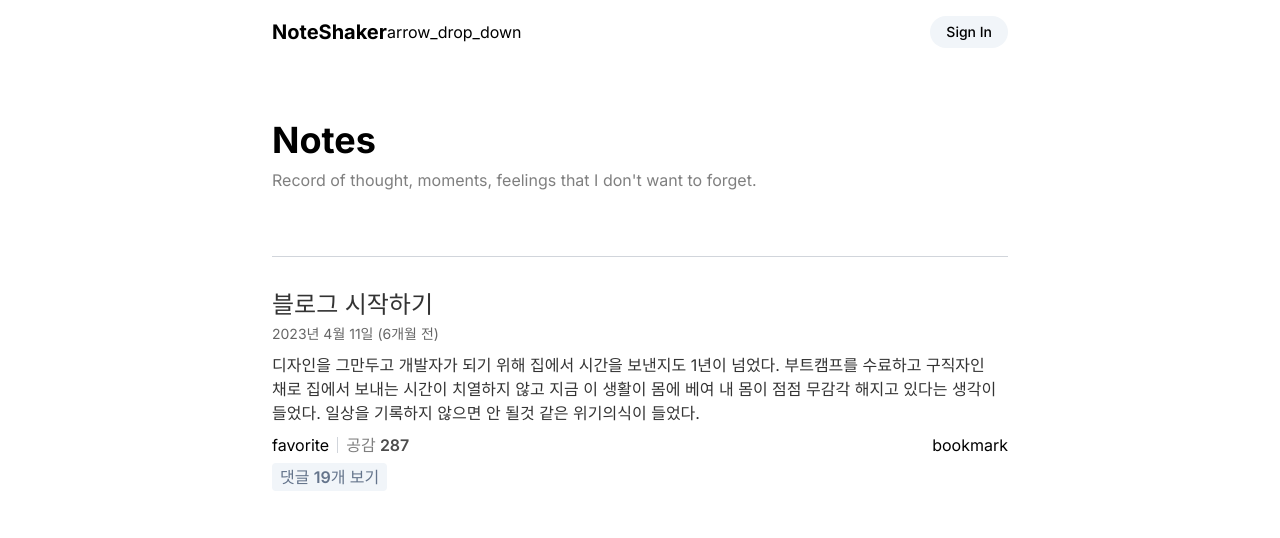
Repository: kwngmin/gongam
Page: /
An editor plug-in stored every save of this project. The page is shown before and after the next save, followed by the edit.
The browser window is 1280 px wide. The pictures show the whole page.
The page's requests for data from a server got no answer. The project was rebuilt for these pictures with package versions that can differ from the ones it lists, and the page was loaded fresh each time. The framework's server and built-in components were replaced by stand-ins that run in the browser. No one was signed in, and anything a server would have sent is missing. Also part of the build but not shown: next.config.js, src/components/ui/icons/SearchIcon.tsx, src/components/Avatar.tsx, src/components/ui/DockButton.tsx, src/components/ui/Dockbar.tsx.

Above is the page before, as saved 2023-11-05 00:51:46.

### src/app/layout.tsx
import type { Metadata } from 'next';
import { Inter } from 'next/font/google';
import './globals.css';
import Navbar from '@/components/ui/Navbar';
import 'material-symbols';
import AuthContext from '../context/AuthContext';
import { Analytics } from '@vercel/analytics/react';
import Head from 'next/head';
import Dockbar from '@/components/ui/Dockbar';
import SWRConfigContext from '@/context/SWRConfigContext';

const inter = Inter({ subsets: ['latin'] });

export const metadata: Metadata = {
  title: 'NoteShaker',
  description: 'Record of thought, moments, feelings',
};

export default function RootLayout({
  children,
}: {
  children: React.ReactNode;
}) {
  return (
    <html lang='en' className={inter.className}>
      <Head>
        <meta
          name='viewport'
          content='initial-scale=1.0,user-scalable=no,maximum-scale=1,width=device-width'
        />
      </Head>
      <body className='h-screen flex relative flex-col'>
        <AuthContext>
          <header className='sticky top-0 w-full max-w-screen-md mx-auto px-4'>
            <Navbar />
          </header>
          <main className='grow w-full overflow-auto'>
            <SWRConfigContext>{children}</SWRConfigContext>
          </main>
          <footer className=''>
            <Dockbar />
          </footer>
          <Analytics />
        </AuthContext>
      </body>
    </html>
  );
}

### src/app/page.tsx
import NotePost from '@/components/NotePost';
import Title from '@/components/ui/Title';

export default function Home() {
  const titleData = {
    title: `Notes`,
    description: `Record of thought, moments, feelings that I don't want to forget.`,
  };
  return (
    <section className='max-w-screen-md mx-auto px-4 h-fit'>
      <Title titleData={titleData} />
      <NotePost />
    </section>
  );
}

### src/app/globals.css
@tailwind base;
@tailwind components;
@tailwind utilities;

:root {
  --foreground-rgb: 0, 0, 0;
  --background-start-rgb: 214, 219, 220;
  --background-end-rgb: 255, 255, 255;
  --app-height: 100%;
}

@media (prefers-color-scheme: dark) {
  :root {
    --foreground-rgb: 255, 255, 255;
    --background-start-rgb: 0, 0, 0;
    --background-end-rgb: 0, 0, 0;
  }
}

@supports (-webkit-touch-callout: none) {
  .h-screen {
    height: -webkit-fill-available;
  }
}

/* font-variation-settings: 'FILL' 1, 'wght' 400, 'GRAD' 0, 'opsz' 40; */
.material-symbols-rounded {
  font-variation-settings: 'wght' 400;
  /* font-variation-settings: 'FILL' 1, 'wght' 600, 'GRAD' 0, 'opsz' 48; */
  &.filled {
    font-variation-settings: 'FILL' 1;
  }
  &.medium {
    font-size: 28px;
  }
  &.large {
    font-size: 32px;
  }
  &.xlarge {
    font-size: 36px;
  }
}

// 탭 하이라이트 제거
@layer base {
  html {
    -webkit-tap-highlight-color: transparent;
    /* 익스플로러 IE 10 확대 제어 */
    -ms-content-zooming: none;
    -ms-touch-action: pan-x pan-y;
  }
}

// safe-area 하단 대응
@layer utilities {
  .pb-safe {
    padding-bottom: env(safe-area-inset-bottom);
  }
}
/* footer {
  padding-bottom: constant(safe-area-inset-bottom);
  padding-left: constant(safe-area-inset-left);
  padding-right: constant(safe-area-inset-right);

  padding-bottom: env(safe-area-inset-bottom);
  padding-left: env(safe-area-inset-left);
  padding-right: env(safe-area-inset-right);
} */

// safe-area 상단 대응

body {
  padding: 0;
  margin: 0;
  width: 100%;
  overflow: hidden;
  touch-action: none;
}

.dockbar {
  padding-bottom: env(safe-area-inset-bottom);
}

### src/components/ui/Navbar.tsx
'use client';
import Link from 'next/link';
import SearchIcon from './icons/SearchIcon';
import ArrowDropDownIcon from './icons/ArrowDropDownIcon';
import { getServerSession } from 'next-auth';
import { authOptions } from '@/pages/api/auth/[...nextauth]';
import { usePathname } from 'next/navigation';
import { useSession } from 'next-auth/react';
import { useEffect, useState } from 'react';

export default function Navbar() {
  const pathName = usePathname();
  const { data: session } = useSession();
  const [isLoading, setIsLoading] = useState(true);

  // const session = await getServerSession(authOptions);
  // console.log(session);
  if (pathName === '/auth/signin') {
    return true;
  }
  console.log(session);
  return (
    <div className='h-16 flex items-center justify-between'>
      <Link href='/'>
        <div className='flex items-center'>
          <h1 className='text-lg md:text-xl font-bold'>NoteShaker</h1>
          <ArrowDropDownIcon />
        </div>
      </Link>
      {session ? (
        <Link href='/search'>
          <div className='flex items-center w-9 h-9 hover:bg-gray-100 justify-center rounded-2xl'>
            <SearchIcon />
          </div>
        </Link>
      ) : (
        <Link href='/auth/signin'>
          <div className='bg-slate-100 hover:bg-slate-200 rounded-full px-4 h-8 flex items-center font-medium text-sm select-none'>
            Sign In
          </div>
        </Link>
      )}
    </div>
  );
}

### src/context/AuthContext.tsx
'use client';
import { SessionProvider } from 'next-auth/react';
import { ReactNode } from 'react';
type Props = {
  children: ReactNode;
};
export default function AuthContext({ children }: Props) {
  return <SessionProvider>{children}</SessionProvider>;
}

### src/context/SWRConfigContext.tsx
'use client';

import { ReactNode } from 'react';
import { SWRConfig } from 'swr';

type Props = {
  children: ReactNode;
};
export default function SWRConfigContext({ children }: Props) {
  return (
    <SWRConfig
      value={{
        fetcher: (url: string) => fetch(url).then(res => res.json()),
      }}
    >
      {children}
    </SWRConfig>
  );
}

### src/components/NotePost.tsx
'use client';
import RoundIcon from './ui/icons/RoundIcon';
import { BsFillChatFill } from 'react-icons/bs';

export default function NotePost() {
  return (
    <div className='py-8 border-t border-gray-300'>
      <h2 className='text-xl lg:text-2xl font-bold lg:font-medium text-black/80'>
        블로그 시작하기
      </h2>
      <time className='text-black/60 text-sm'>2023년 4월 11일 (6개월 전)</time>
      <div className='text-black/80 mt-2 break-keep'>
        <p>
          디자인을 그만두고 개발자가 되기 위해 집에서 시간을 보낸지도 1년이
          넘었다. 부트캠프를 수료하고 구직자인 채로 집에서 보내는 시간이
          치열하지 않고 지금 이 생활이 몸에 베여 내 몸이 점점 무감각 해지고
          있다는 생각이 들었다. 일상을 기록하지 않으면 안 될것 같은 위기의식이
          들었다.
        </p>
      </div>
      <div className='flex justify-between items-center my-2'>
        <div className='flex items-center gap-2'>
          <RoundIcon name='favorite' style='' />
          <span className='border-l border-gray-300 flex h-4' />
          <span className='font-medium text-black/50'>
            공감 <span className='font-semibold text-black/70'>287</span>
          </span>
        </div>
        <div className='flex items-center gap-3'>
          <RoundIcon name='bookmark' style='' />
        </div>
      </div>
      <span className='cursor-pointer py-1 px-2 bg-slate-100 rounded text-slate-500 select-none font-medium'>
        {/* 댓글 달기 */}
        댓글 <span className='font-semibold'>19</span>개 보기
      </span>
    </div>
  );
}

### src/components/ui/Title.tsx
type TitleData = {
  title: string;
  description: string;
};
export default function Title({ titleData }: { titleData: TitleData }) {
  const { title, description } = titleData;
  return (
    <div className='pt-14 pb-16'>
      <h1 className='text-3xl md:text-4xl font-bold mb-2'>{title}</h1>
      <p className='text-black/50 break-keep'>{description}</p>
    </div>
  );
}

### src/components/ui/icons/ArrowDropDownIcon.tsx
export default function ArrowDropDownIcon() {
  return (
    <span className='material-symbols-rounded fillIcon'>arrow_drop_down</span>
  );
}

### src/components/ui/icons/RoundIcon.tsx
type Props = {
  filled?: boolean;
  style?: string;
  name: string;
};
export default function RoundIcon({ filled = false, style, name }: Props) {
  return (
    <span
      className={`material-symbols-rounded ${
        filled ? 'filled' : ''
      } ${style} select-none`}
    >
      {name}
    </span>
  );
}

Loaded but not shown: tailwind.config.js (common file)

After the next save:
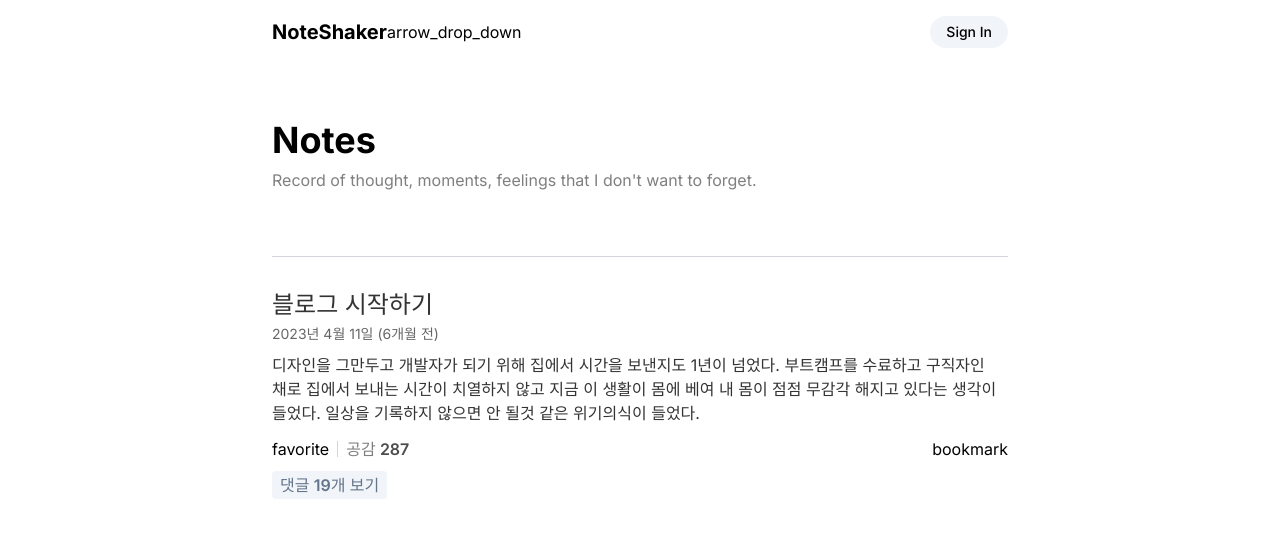
Saved 31 s later.
--- a/src/components/NotePost.tsx
+++ b/src/components/NotePost.tsx
@@ -18,7 +18,7 @@ export default function NotePost() {
           들었다.
         </p>
       </div>
-      <div className='flex justify-between items-center my-2'>
+      <div className='flex justify-between items-center my-3'>
         <div className='flex items-center gap-2'>
           <RoundIcon name='favorite' style='' />
           <span className='border-l border-gray-300 flex h-4' />
